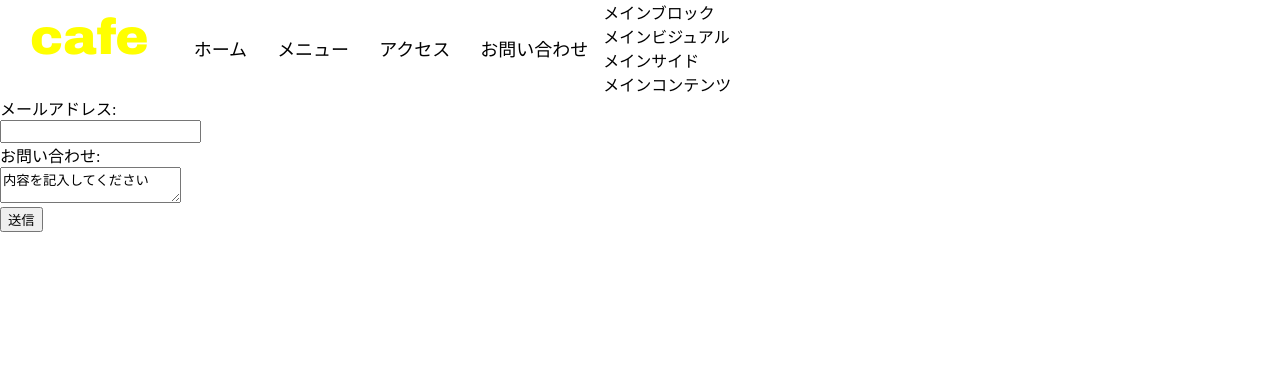
Repository: REO0315/samurai_HTML-CSS
Page: index.html
The author's editor kept a record of every edit. The page is drawn from the files as they stood at one moment, then again after the next edit.
The browser window is 1280 px wide. The pictures show the whole page.

Above is the page before.

After the next edit:
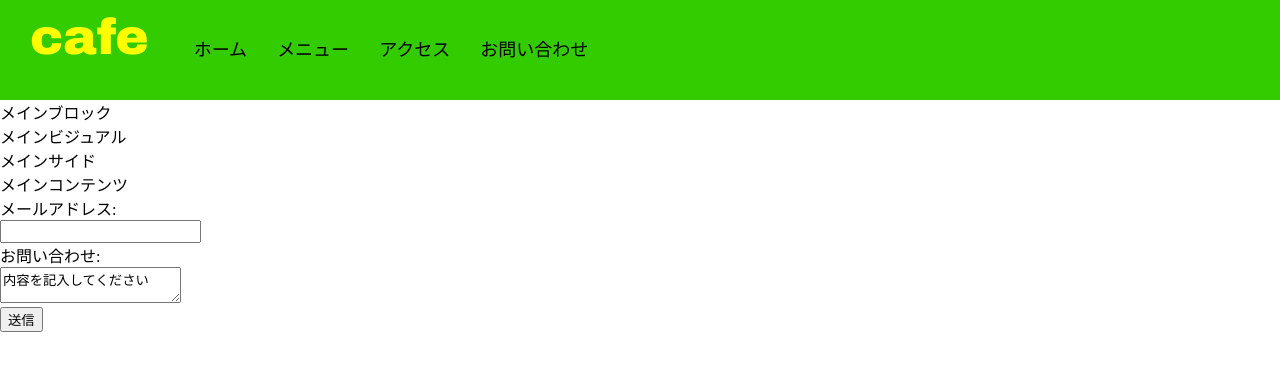
The edit:
--- a/style.css
+++ b/style.css
@@ -18,7 +18,7 @@
  background:transparent;
 }
 
-.header{
+header{
     background-color:#33CC00;
     height:100px;
 }
